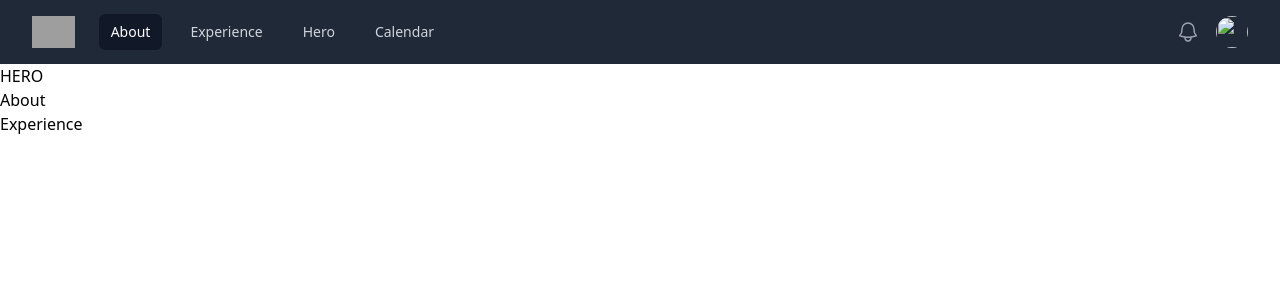
Repository: supakorn5039-boon/React-f
Page: /
The author's editor kept a copy of each file at every save. The page is drawn from the files as they stood at one save, then again after a run of saves.
The browser window is 1280 px wide. The pictures show the whole page.
Pictures or frames that could not be fetched are drawn as grey boxes. The project was rebuilt for these pictures with package versions that can differ from the ones it lists, and the page was loaded fresh each time. Also part of the build but not shown: vite.config.js.

Above is the page before, as saved 2024-01-09 10:48:42.

After the next 2 saves:
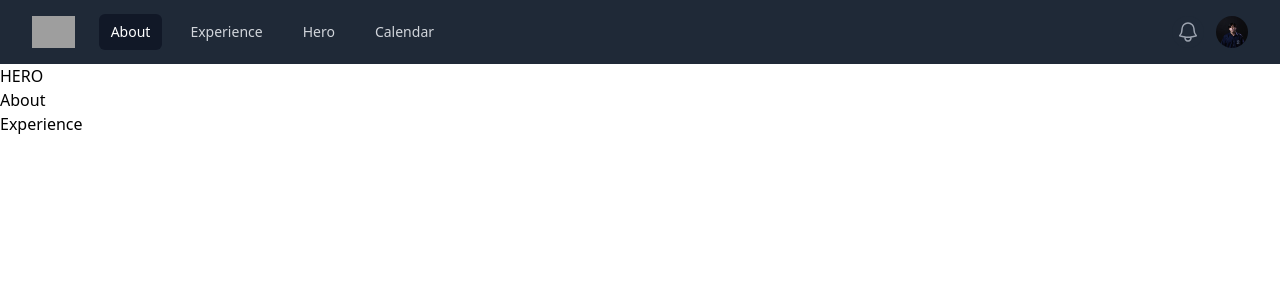
The 2 saves are shown as one change because they came seconds apart.
The last was saved 22 s later.
--- a/src/components/navbar.jsx
+++ b/src/components/navbar.jsx
@@ -76,7 +76,7 @@ export default function Navbar() {
                     <Menu.Button className="relative flex rounded-full bg-gray-800 text-sm focus:outline-none focus:ring-2 focus:ring-white focus:ring-offset-2 focus:ring-offset-gray-800">
                       <span className="absolute -inset-1.5" />
                       <span className="sr-only">Open user menu</span>
-                      <img className="h-8 w-8 rounded-full" src="" alt="" />
+                      <img className="h-8 w-8 rounded-full" src={boon} alt="" />
                     </Menu.Button>
                   </div>
                   <Transition
